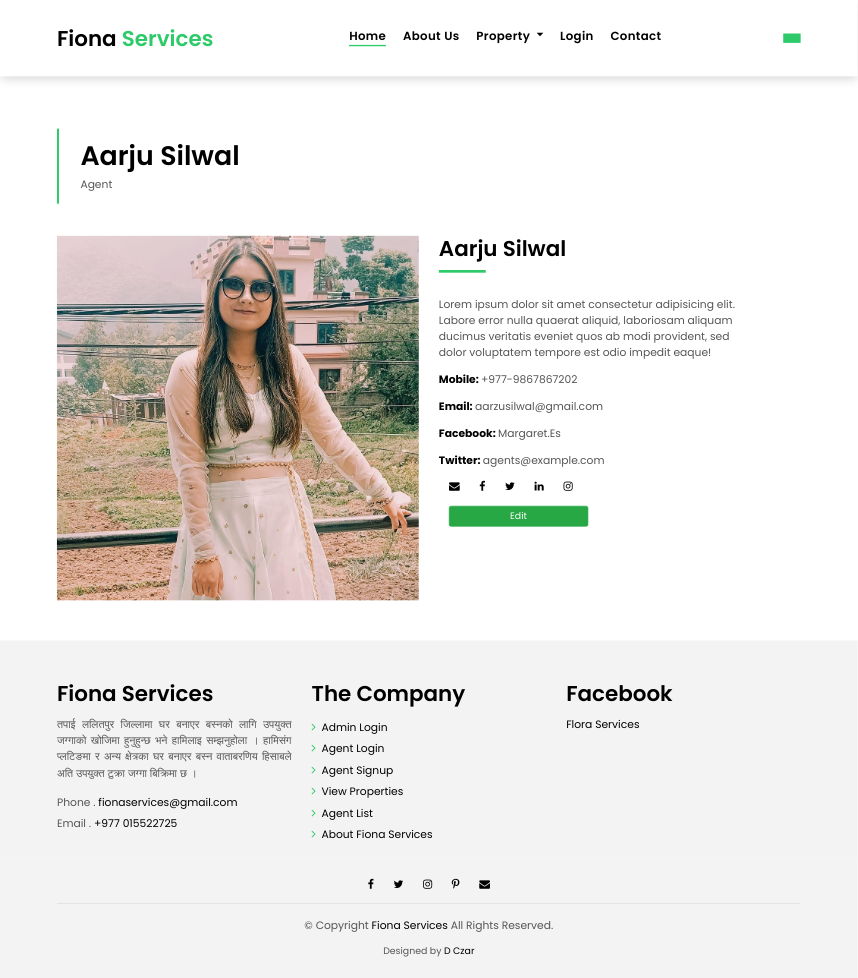
Repository: Sjuicyy/realstate
Page: profile.html
An editor plug-in stored every save of this project. The page is shown before and after a run of saves, followed by the edit.
The browser window is 1280 px wide. The pictures show the whole page, at 67% of full size.

Above is the page before, as saved 2022-10-16 14:50:18.

After the next 4 saves:
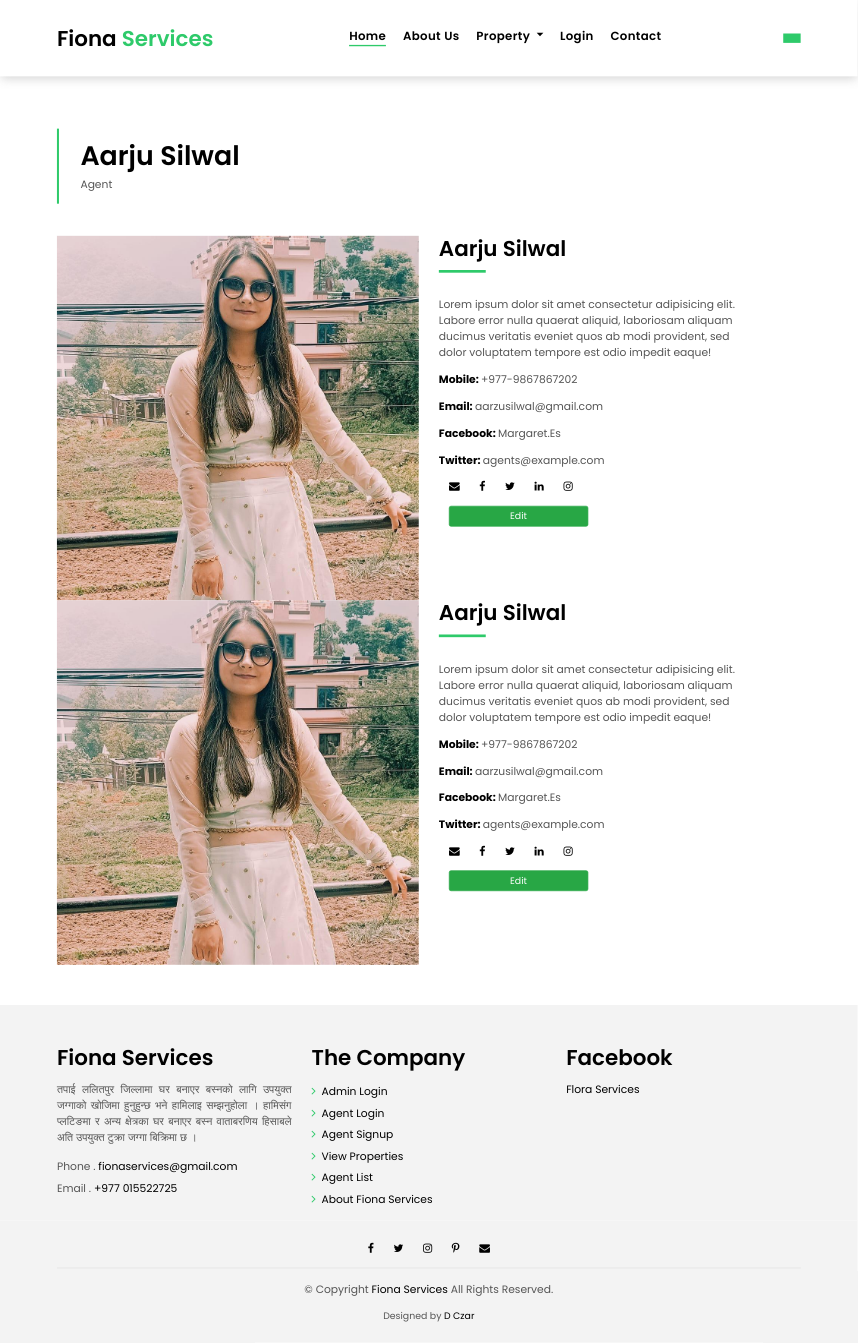
The 4 saves are shown as one change because they came seconds apart.
The last was saved 10 s later.
--- a/profile.html
+++ b/profile.html
@@ -196,7 +196,101 @@
 
 
     <!-- =======Editable Agent Section start ======== -->
-    <!-- =======Editable Agent Section start ======== -->
+
+
+
+
+
+    <section class="agent-single">
+        <div class="container">
+            <div class="row">
+                <div class="col-sm-12">
+                    <div class="row">
+                        <div class="col-md-6">
+                            <div class="agent-avatar-box">
+                                <img src="./img/aarju miss.jpg" alt="" class="agent-avatar img-fluid">
+                            </div>
+                        </div>
+                        <div class="col-md-5 section-md-t3">
+                            <div class="agent-info-box">
+                                <div class="agent-title">
+                                    <div class="title-box-d">
+                                        <h3 class="title-d">Aarju Silwal
+                                        </h3>
+                                    </div>
+                                </div>
+                                <div class="agent-content mb-3">
+                                    <p class="content-d color-text-a">
+                                        Lorem ipsum dolor sit amet consectetur adipisicing elit. Labore error
+                                        nulla quaerat aliquid, laboriosam aliquam ducimus veritatis eveniet quos
+                                        ab modi provident, sed dolor voluptatem tempore est odio impedit eaque!
+                                    </p>
+                                    <div class="info-agents color-a">
+                                        <strong>Mobile: </strong>
+                                        <span class="color-text-a"> +977-9867867202 </span>
+                                        </p>
+                                        <p>
+                                            <strong>Email: </strong>
+                                            <span class="color-text-a"> aarzusilwal@gmail.com</span>
+                                        </p>
+                                        <p>
+                                            <strong>Facebook: </strong>
+                                            <span class="color-text-a"> Margaret.Es</span>
+                                        </p>
+                                        <p>
+                                            <strong>Twitter: </strong>
+                                            <span class="color-text-a"> agents@example.com</span>
+                                        </p>
+                                    </div>
+                                </div>
+                                <div class="col-md-12">
+
+                                    <div class="socials-a">
+                                        <ul class="list-inline">
+                                            <li class="list-inline-item">
+                                                <a href="#">
+                                                    <i class="fa fa-envelope" aria-hidden="true"></i>
+                                                </a>
+                                            </li>
+                                            <li class="list-inline-item">
+                                                <a href="#">
+                                                    <i class="fa fa-facebook" aria-hidden="true"></i>
+                                                </a>
+                                            </li>
+                                            <li class="list-inline-item">
+                                                <a href="#">
+                                                    <i class="fa fa-twitter" aria-hidden="true"></i>
+                                                </a>
+                                            </li>
+                                            <li class="list-inline-item">
+                                                <a href="#">
+                                                    <i class="fa fa-linkedin" aria-hidden="true"></i>
+                                                </a>
+                                            </li>
+                                            <li class="list-inline-item">
+                                                <a href="#">
+                                                    <i class="fa fa-instagram" aria-hidden="true"></i>
+                                                </a>
+                                            </li>
+                                        </ul>
+                                    </div>
+                                </div>
+                                <div class="col-md-12">
+                                    <a href="./Add-Property.html">
+                                        <div class="btn btn-sm btn-success w-50">Edit</div>
+                                    </a>
+                                </div>
+                            </div>
+                        </div>
+                    </div>
+                </div>
+
+            </div>
+
+        </div>
+
+    </section>
+    <!-- =======Editable Agent Section end ======== -->
 
     <!--/ footer 1 Star /-->
     <section class="section-footer">

After the save that followed:
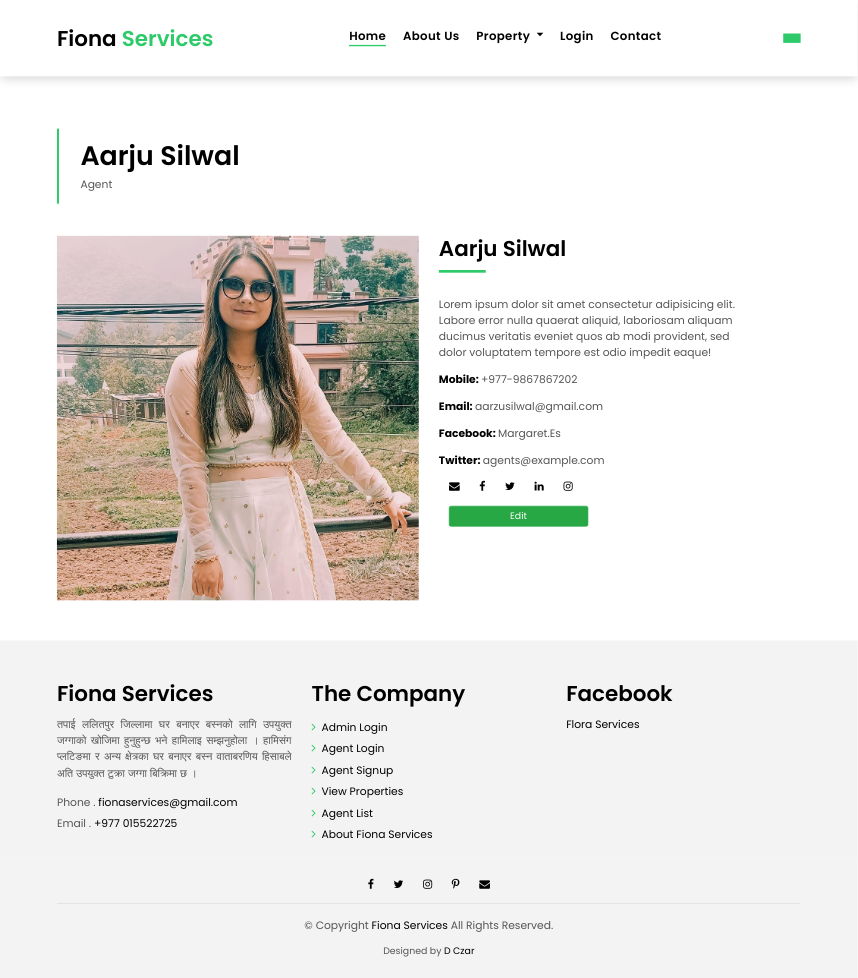
Saved 13 s later.
--- a/profile.html
+++ b/profile.html
@@ -100,7 +100,7 @@
     </section><!-- End Intro Single -->
 
     <!-- ======= Agent Single ======= -->
-    <section class="agent-single">
+    <!-- <section class="agent-single">
         <div class="container">
             <div class="row">
                 <div class="col-sm-12">
@@ -188,7 +188,7 @@
 
         </div>
 
-    </section>
+    </section> -->
 
     <!-- End Agent Single -->
 
